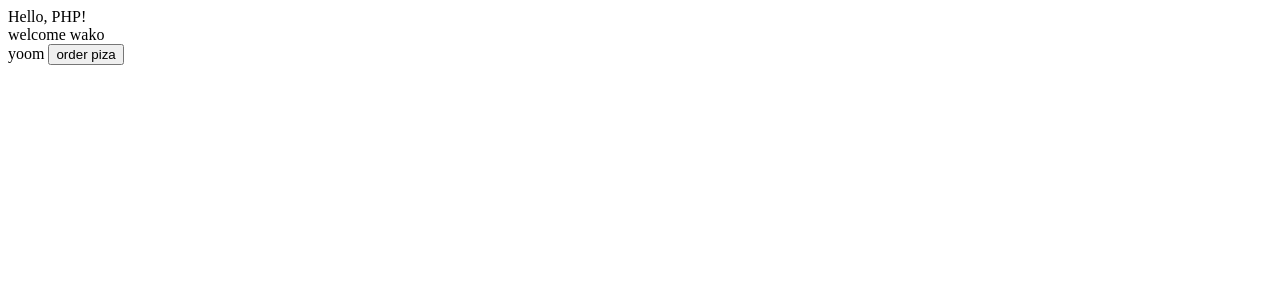
Repository: wakoya-tech/my-php-exercise
Page: http://localhost/
The author's editor kept a copy of each file at every save. The page is drawn from the files as they stood at one save, then again after the next save.
The browser window is 1280 px wide. The pictures show the whole page.
The page is run by PHP 8.4 with error messages shown; the project is at /var/www/html/.

Above is the page before, as saved 2025-12-09 09:31:38.

After the next save:
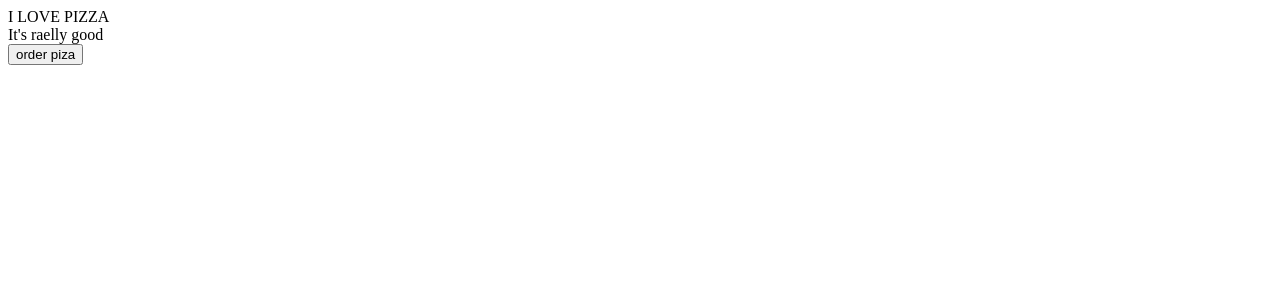
Saved 54 s later.
--- a/Documents/MyPhp/index.php
+++ b/Documents/MyPhp/index.php
@@ -1,7 +1,7 @@
 <?php
-echo "Hello, PHP! <br>";
-echo "welcome wako <br>";
-echo "yoom";
+echo "I LOVE PIZZA<br>";
+echo "It's raelly good  <br>";
+
 ?>
 <!DOCTYPE html>
 <html lang="en">
